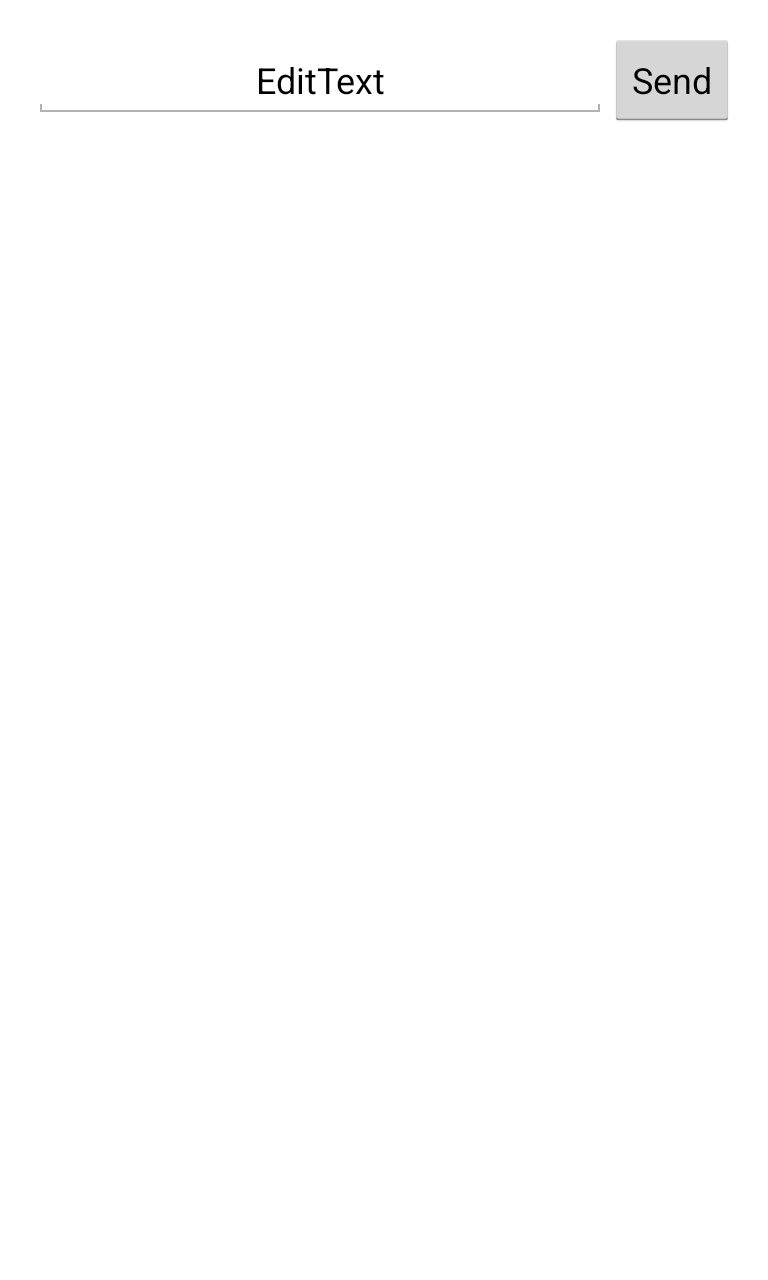
Repository: jinpp/Android
Layout: UILayoutTest/res/layout/activity_main.xml
An editor plug-in stored every save of this project. The layout is shown before and after the next save, followed by the edit.
It is drawn on a 768 x 1280 px phone screen (xhdpi) without system bars, with theme AppTheme; the app's code is not run.

Above is the layout before, as saved 2016-11-16 06:49:31.

After the next save:
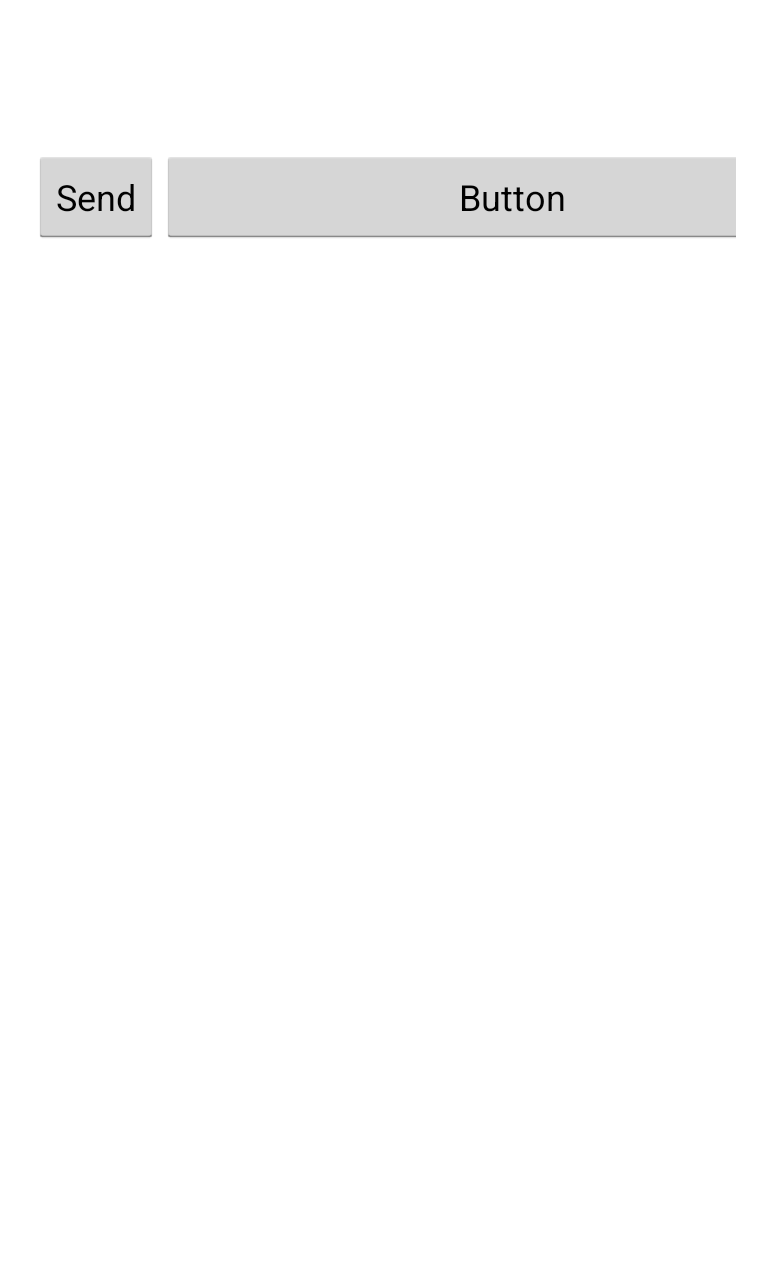
Saved 88 s later.
--- a/UILayoutTest/res/layout/activity_main.xml
+++ b/UILayoutTest/res/layout/activity_main.xml
@@ -26,7 +26,11 @@
         android:text="Send"
          />
 
-
+<Button
+        android:id="@+id/button1"
+        android:layout_width="match_parent"
+        android:layout_height="wrap_content"
+        android:text="Button" />
 
 
 

After the save that followed:
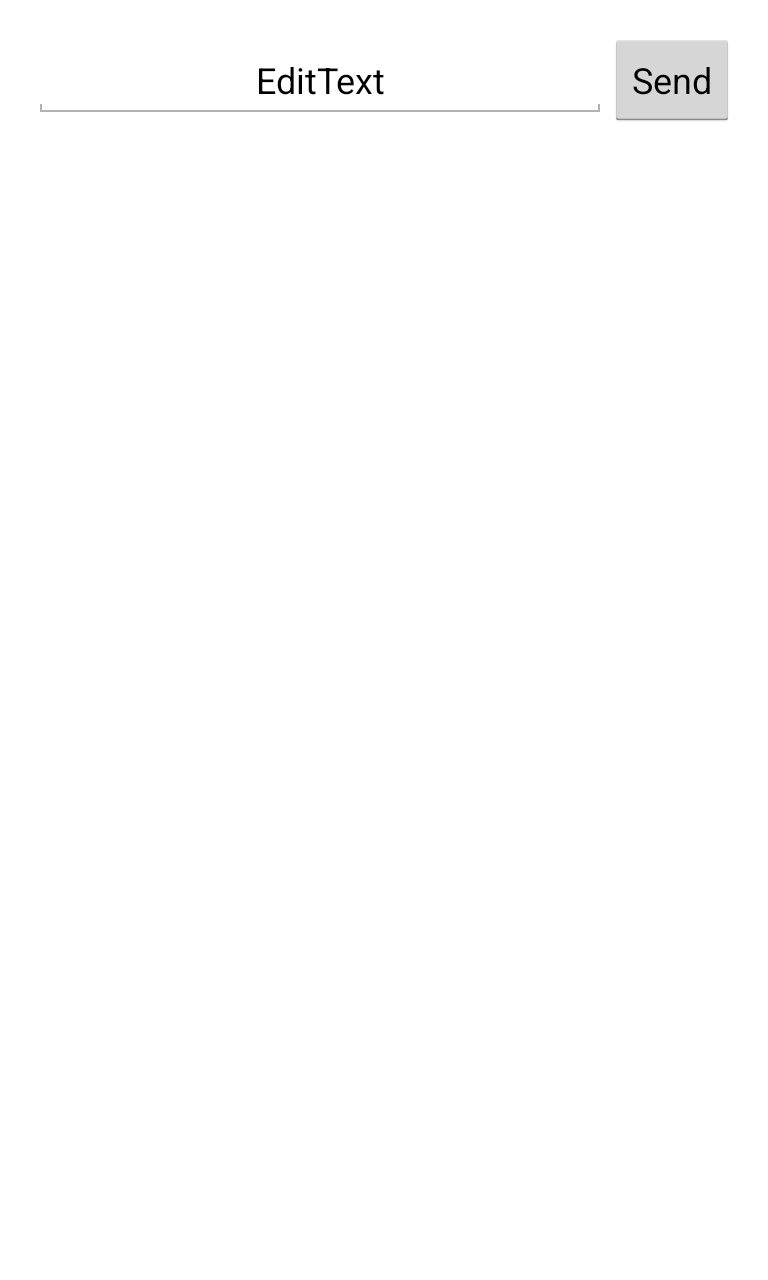
Saved 14 s later.
--- a/UILayoutTest/res/layout/activity_main.xml
+++ b/UILayoutTest/res/layout/activity_main.xml
@@ -26,11 +26,7 @@
         android:text="Send"
          />
 
-<Button
-        android:id="@+id/button1"
-        android:layout_width="match_parent"
-        android:layout_height="wrap_content"
-        android:text="Button" />
+
 
 
 
